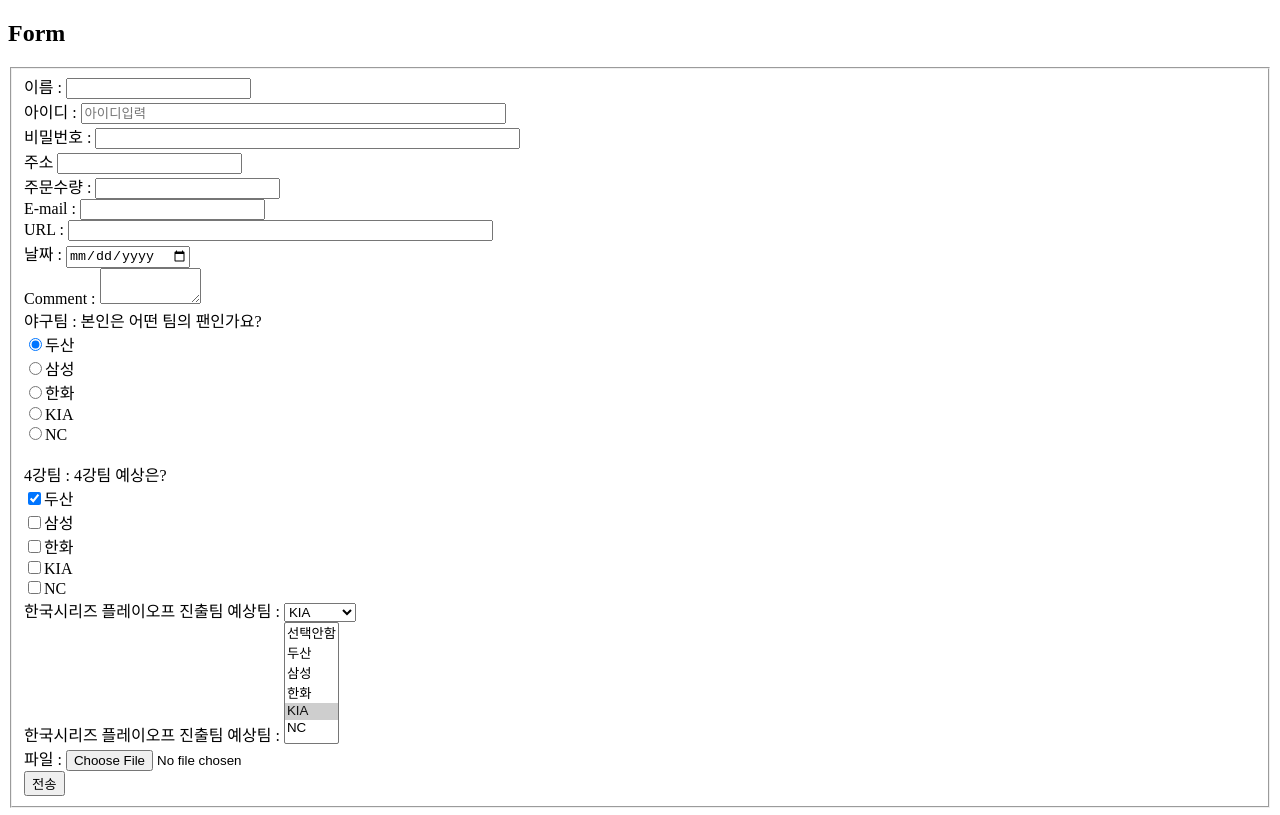
Repository: star-min/jsp_basic
Page: jsp1/web01/src/main/webapp/form.html
The author's editor kept a copy of each file at every save. The page is drawn from the files as they stood at one save, then again after the next save.
The browser window is 1280 px wide. The pictures show the whole page.

Above is the page before, as saved 2022-04-22 06:05:43.

### jsp1/web01/src/main/webapp/form.html
<!DOCTYPE html>
<html>
<head>
<meta charset="UTF-8">
<title>From</title>
<style>

</style>
</head>
<body>
	<header>
		<h2>Form</h2>
	</header>
	<tbody>
		<fieldset>
			<tr>
				<th><label for="mname">이름 : </label></th>
				<td>
					<input type="text" id="mname" name="mname" class="name">
					</br>
				</td>
			</tr>
			<tr>
				<th><label for="id">아이디 : </label></th>
				<td>
					<input type="text" id="id" name="id" class="indata" size="50" placeholder="아이디입력" required>
					</br>
				</td>
			</tr>
			<tr>
				<th><label for="upw">비밀번호 : </label></th>
				<td>
					<input type="password"  id="upw" name="upw" class="pw" size="50">
					</br>
				</td>
			</tr>
			<tr>
				<th><label for="addrss">주소</label></th>
				<td>
					<input type="text" >
					</br>
				</td>
			</tr>
			<tr>
				<th><label for="number">주문수량 : </label></th>
				<td>
					<input type="number" name="qty" id="qty" size="50">
					</br>
				</td>
			</tr>
			<tr>
				<th><label for="text">E-mail : </label></th>
				<td>
					<input type="text">
					</br>
				</td>
			</tr>
			<tr>
				<th><label for="url">URL : </label></th>
				<td>
					<input type="url" name="url" id="url" size="50">
					</br>
				</td>
			</tr>
			<tr>
				<th><label for="date">날짜 : </label></th>
				<td>
					<input type="date" name="date" id="date">
					</br>
				</td>
			</tr>
			<tr>
				<th><label for="comment">Comment : </label></th>
				<td>
					<textarea name="comment" rows="0" cols="10" name="comment" id="comment"></textarea>
					</br>
				</td>
			</tr>
			<tr>
				<th><label for="baseball">야구팀 : </label></th>
				<td>
					<span id="baseball">본인은 어떤 팀의 팬인가요?</span><br>
					<input type="radio" name="baseball" id="baseball1" value="두산" checked>두산<br>
					<input type="radio" name="baseball" id="baseball2" value="삼성">삼성<br>
					<input type="radio" name="baseball" id="baseball3" value="한화">한화<br>
					<input type="radio" name="baseball" id="baseball4" value="KIA">KIA<br>
					<input type="radio" name="baseball" id="baseball5" value="NC">NC<br>
					</br>
				</td>
			</tr>
			<tr>
				<th><label for="favorite">4강팀 : </label></th>
				<td>
					<span id="favorite">4강팀 예상은?</span><br>
					<input type="checkbox" name="favorite" id="favorite1" value="두산" checked>두산<br>
					<input type="checkbox" name="favorite" id="favorite2" value="삼성">삼성<br>
					<input type="checkbox" name="favorite" id="favorite3" value="한화">한화<br>
					<input type="checkbox" name="favorite" id="favorite4" value="KIA">KIA<br>
					<input type="checkbox" name="favorite" id="favorite5" value="NC">NC<br>
				</td>
			</tr>
			<tr>
				<th><label for="victory">한국시리즈 플레이오프 진출팀 예상팀 : </label></th>
				<td>
					<select name="victory" id="victory">
						<option value="">선택안함</option>
						<option value="두산">두산</option>
						<option value="삼성">삼성</option>
						<option value="한화">한화</option>
						<option value="KIA" selected>KIA</option>
						<option value="NC">NC</option>
					</select><br>
				</td>
			</tr>
			<tr>
				<th><label for="playoff">한국시리즈 플레이오프 진출팀 예상팀 : </label></th>
				<td>
					<select name="victory" id="victory" multiple size="6" id="playoff">
						<option value="">선택안함</option>
						<option value="두산">두산</option>
						<option value="삼성">삼성</option>
						<option value="한화">한화</option>
						<option value="KIA" selected>KIA</option>
						<option value="NC">NC</option>
					</select><br>
				</td>
			</tr>
			<tr>
				<th><label for="file">파일 : </label></th>
				<td>
					<input type="file" name="file" id="file">
					</br>
				</td>
			</tr>
			<tr>
				<td>
					<input type="submit" value="전송"> &nbsp &nbsp &nbsp
				</td>
			</tr>
		</fieldset>
	</tbody>
</body>
</html>

After the next save:
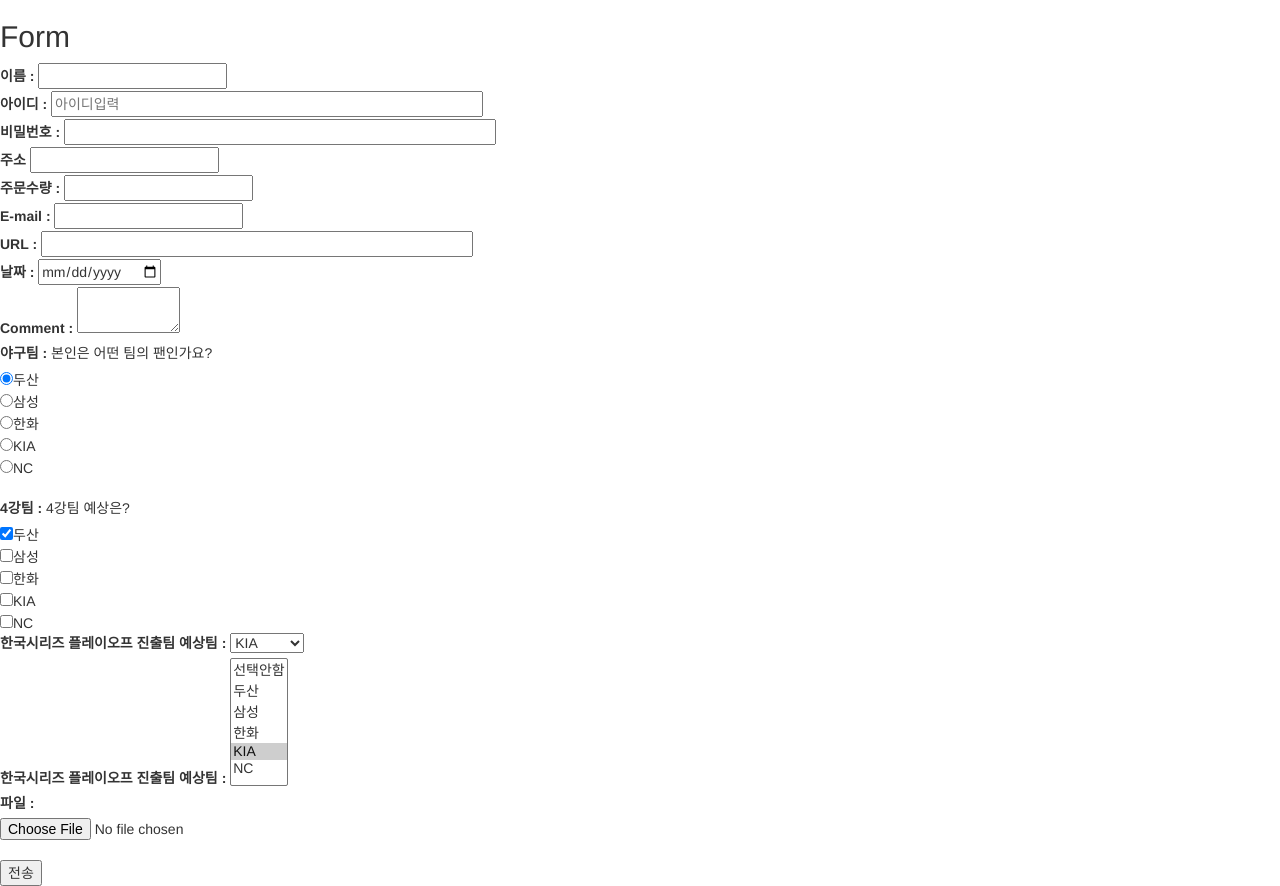
Console error (its wording comes from the project's code and is left out).
Saved 74 s later.
--- a/jsp1/web01/src/main/webapp/form.html
+++ b/jsp1/web01/src/main/webapp/form.html
@@ -6,6 +6,14 @@
 <style>
 
 </style>
+<!-- CSS -->
+<link rel="stylesheet" href="https://maxcdn.bootstrapcdn.com/bootstrap/3.3.2/css/bootstrap.min.css">
+
+<!-- 테마 -->
+<link rel="stylesheet" href="https://maxcdn.bootstrapcdn.com/bootstrap/3.3.2/css/bootstrap-theme.min.css">
+
+<!-- 자바스크립트 -->
+<script src="https://maxcdn.bootstrapcdn.com/bootstrap/3.3.2/js/bootstrap.min.js"></script>
 </head>
 <body>
 	<header>
